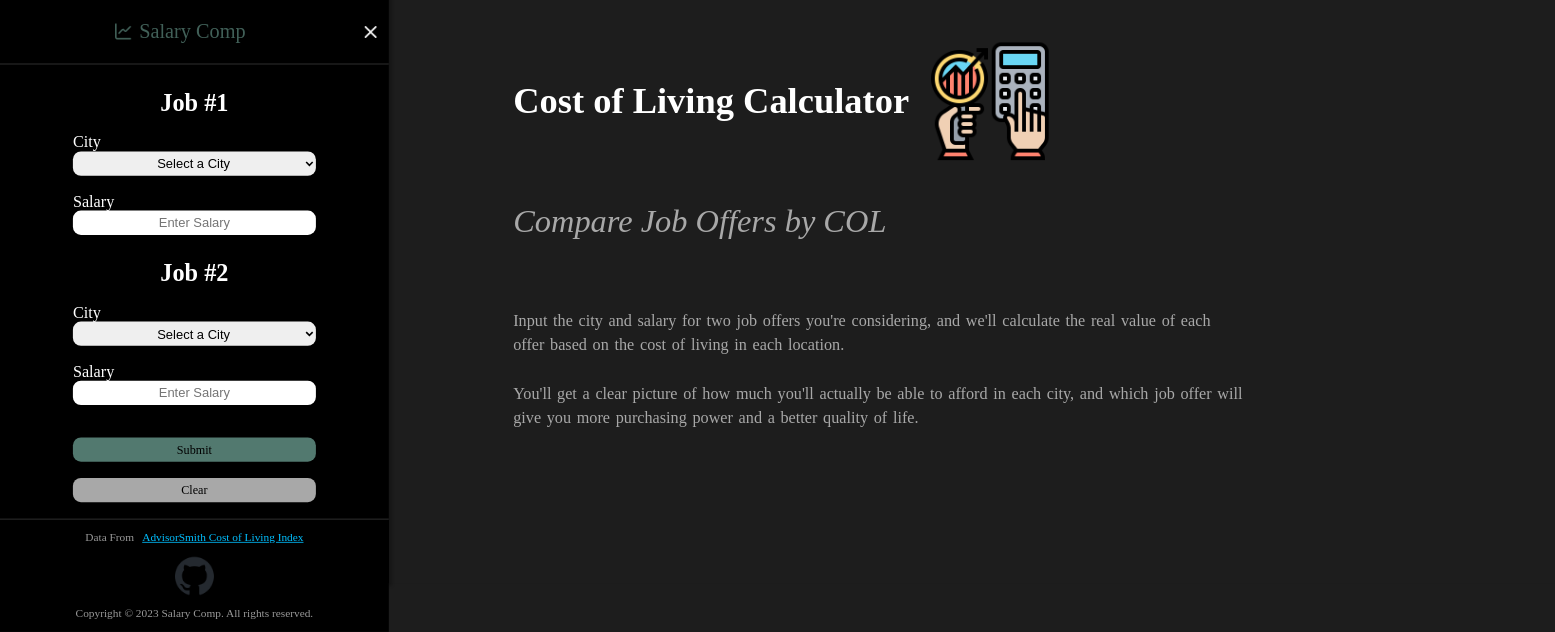
Repository: robbymcd/Salary-Comp
Page: /
These files come from the project's save history. The page is drawn as it stood at one moment and after the next save; the edit follows.
The browser window is 1920 px wide. The pictures show the whole page, at 81% of full size.
Some web fonts or font styles are not loaded; a fallback is used. The project was rebuilt for these pictures with package versions that can differ from the ones it lists, and the page was loaded fresh each time. Also part of the build but not shown: src/Main.css, src/Main.js.

Above is the page before, as saved 2023-06-16 17:54:26.

### public/index.html
<!DOCTYPE html>
<html lang="en">
  <head>
    <meta charset="utf-8" />
    <link rel="icon" href="%PUBLIC_URL%/favicon.ico" />
    <meta name="viewport" content="width=device-width, initial-scale=1" />
    <meta name="theme-color" content="#000000" />
    <meta
      name="description"
      content="Compare Job Offers by COL"
    />
    <link rel="apple-touch-icon" href="%PUBLIC_URL%/favicon.ico" />
    <!--
      manifest.json provides metadata used when your web app is installed on a
      user's mobile device or desktop. See https://developers.google.com/web/fundamentals/web-app-manifest/
    -->
    <link rel="manifest" href="%PUBLIC_URL%/manifest.json" />
    <!--
      Notice the use of %PUBLIC_URL% in the tags above.
      It will be replaced with the URL of the `public` folder during the build.
      Only files inside the `public` folder can be referenced from the HTML.

      Unlike "/favicon.ico" or "favicon.ico", "%PUBLIC_URL%/favicon.ico" will
      work correctly both with client-side routing and a non-root public URL.
      Learn how to configure a non-root public URL by running `npm run build`.
    -->
    <title>Salary Comp</title>
  </head>
  <body>
    <noscript>You need to enable JavaScript to run this app.</noscript>
    <div id="root"></div>
    <!--
      This HTML file is a template.
      If you open it directly in the browser, you will see an empty page.

      You can add webfonts, meta tags, or analytics to this file.
      The build step will place the bundled scripts into the <body> tag.

      To begin the development, run `npm start` or `yarn start`.
      To create a production bundle, use `npm run build` or `yarn build`.
    -->
  </body>
</html>

### src/index.css
body {
  margin: 0;
  font-family: -apple-system, BlinkMacSystemFont, 'Segoe UI', 'Roboto', 'Oxygen',
    'Ubuntu', 'Cantarell', 'Fira Sans', 'Droid Sans', 'Helvetica Neue',
    sans-serif;
  -webkit-font-smoothing: antialiased;
  -moz-osx-font-smoothing: grayscale;
  height: 100%;
  width: 100%;
}

html {
  height: 100%;
  width: 100%;
  background-color: #1D1D1D;
}

code {
  font-family: source-code-pro, Menlo, Monaco, Consolas, 'Courier New',
    monospace;
}

### src/App.js
import React, { useState } from 'react';
import './App.css';
import Sidebar from './Sidebar.js';
import Content from './Content.js';

function App() {
  const [isSubmitted, setIsSubmitted] = useState(false);
  const [cityCOL1, setCityCOL1] = useState('');
  const [cityCOL2, setCityCOL2] = useState('');
  const [cityName1, setCityName1] = useState('');
  const [cityName2, setCityName2] = useState('');
  const [salary1, setSalary1] = useState('');
  const [salary2, setSalary2] = useState('');

  const handleFormSubmit = (formData) => {
    setIsSubmitted(true);
    setCityCOL1(formData.cityCOL1);
    setCityCOL2(formData.cityCOL2);
    setCityName1(formData.cityName1);
    setCityName2(formData.cityName2);
    setSalary1(formData.salary1);
    setSalary2(formData.salary2);
  };

  return (
    <div className="main">
        <Sidebar onFormSubmit={handleFormSubmit}/>
        <Content isSubmitted={isSubmitted} cityCOL1={cityCOL1} cityCOL2={cityCOL2} cityName1={cityName1} cityName2={cityName2} salary1={salary1} salary2={salary2} />
    </div>
  );
}

export default App;

### src/App.css
.main {
    display: flex;
    flex-direction: row;
    height: 200%;
    width: 100%;
    background-color: #1D1D1D;
}

@media screen and (max-width: 700px) {
    .main {
        flex-direction: column;
    }
}

### src/Content.js
import React from 'react';
import './Content.css';
import Instruction from './Instruction.js';
import Main from './Main.js';

export default function Content({ isSubmitted ,cityCOL1 ,cityCOL2, cityName1, cityName2 , salary1, salary2 }) {

    return (
        <div className='Content-container'>
            {isSubmitted ? <Main cityCOL1={cityCOL1} cityCOL2={cityCOL2} cityName1={cityName1} cityName2={cityName2} salary1={salary1} salary2={salary2}/> : <Instruction />}
        </div>
    );
}

### src/Sidebar.css
@import url('https://fonts.googleapis.com/css?family=Roboto-Mono');
@import url('https://fonts.googleapis.com/css?family=Mukta-Vaani');
.sidebar {
    display: flex;
    height: 100vh;
    width: fit-content;
}

.closed-sidebar {
    display: flex;
    height: 100vh;
    width: fit-content;
    margin-right: 22vw;
}

.plusIcon {
    height: 30px;
    width: 30px;
    margin-left: 20px;
    align-self: center;
    cursor: pointer;
}

.plusIcon:hover {
    opacity: 0.5;
}

.error {
    display: flex;
    font-size: 15px;
    margin-bottom: -15px;
    color: #BA1F33;
}

.button-container {
    display: flex;
    flex-direction: column;
    gap: 10px;
    margin-top: 20px;
}

.submit-container {
    display: flex;
}

.submit {
    height: 30px;
    width: clamp(100px, 20vw, 300px);
    border-radius: 10px;
    border: none;
    outline: none;
    cursor: pointer;
    background-color: #52796F;
    font-family: Mukta Vaani;
    font-size: 15px;
    color: #000;
    box-shadow: 0px 4px 4px rgba(0, 0, 0, 0.25);
}

.submit:hover {
    opacity: 0.8;
}

.clear-container {
    display: flex;
}

.clear {
    height: 30px;
    width: clamp(100px, 20vw, 300px);
    border-radius: 10px;
    border: none;
    outline: none;
    cursor: pointer;
    background-color: #a8a8a8;
    font-family: Mukta Vaani;
    font-size: 15px;
    color: #000;
    box-shadow: 0px 4px 4px rgba(0, 0, 0, 0.25);
}

.clear:hover {
    opacity: 0.8;
}

@media screen and (min-width: 1650px) {
    .button-container {
        gap: 20px;
    }
}

### src/OpenSidebar.css
@import url('https://fonts.googleapis.com/css?family=Roboto-Mono');
@import url('https://fonts.googleapis.com/css?family=Mukta-Vaani');

.open-sidebar {
    display: flex;
    flex-direction: column;
    height: 100vh;
    width: 25vw;
    background-color: #000;
    box-shadow: 0px 0px 4px 4px rgba(0, 0, 0, 0.25);
    margin-right: 8vw;
    transition: transform 0.3s ease-in-out;
}

.sidebar-header {
    display: flex;
    width: 25vw;
    border-bottom: 2px solid #1d1d1d;
    justify-content: space-between;
    align-items: center;
}

.sidebar-wrapper {
    display: inline-block;
}

.centering {
    display: flex;
    flex-direction: row;
    width: 100%;
    align-self: center;
    align-items: center;
    justify-content: center;
}

.logo {
    display: flex;
    flex-direction: row;
    width: 100%;
    align-items: center;
    justify-content: center;
    gap: 10px;
    cursor: pointer;
}

.logo:hover {
    opacity: .8;
}

.logo p {
    font-family: Roboto Mono;
    color: #52796F;
    font-size: 25px;
}

.chart {
    height: 20px;
    width: 20px;
}

.city {
    display: flex;
    flex-direction: column;
    font-family: Mukta Vaani;
    font-style: normal;
    font-weight: 300;
    font-size: 20px;
    color: #fff;
}

.salary{
    display: flex;
    flex-direction: column;
    font-family: Mukta Vaani;
    font-style: normal;
    font-weight: 300;
    font-size: 20px;
    color: #fff;
}

.salary label {
    display: flex;
    justify-self: center;
}

.form {
    display: flex;
    flex-direction: column;
    font-family: Mukta Vaani;
    height: 100%;
    align-items: center;
    gap: 20px;
    border-bottom: 2px solid #1d1d1d;
    justify-content: center;
    padding: 20px;
}

.form h1 {
    color: #fff;
    font-family: Roboto Mono;
    font-size: 30px;
    font-weight: 700;
    font-style: normal;
    text-align: center;
    margin-top: 10px;
    margin-bottom: 0px;
}

select {
    cursor: pointer;
}

input {
    text-decoration: none;
    height: 30px;
    width: clamp(100px, 20vw, 300px);
    border-radius: 10px;
    outline: none;
    border: none;
    padding: 0;
    text-align: center;
    font-size: 16px;
    cursor: pointer;
}

.salarycomp {
    height: 80px;
    width: 360px;
}

.x {
    height: 25px;
    width: 25px;
    cursor: pointer;
    margin-right: 10px;
}

.x:hover {
    opacity: 0.5;
    transition: ease-in-out 0.2s;
}

.footer {
    display: flex;
    flex-direction: column;
    align-items: center;
    justify-content: center;
    width: 100%;
    background-color: #000;
}

.footer p {
    color: #fff;
    opacity: .6;
    font-family: 'Mukta Vaani';
    font-style: normal;
    font-weight: 300;
    font-size: 14px;
    text-align: center;
}

.hiw {
    display: flex;
    flex-direction: row;
    align-items: center;
    justify-content: center;
    gap: 10px;
}

.hiw a {
    font-size: 14px;
    font-weight: 300;
    font-family: 'Mukta Vaani';
    color: #00bfff;
}

.hiw a:hover {
    opacity: 0.5;
    transition: ease-in-out 0.2s;
}

.github {
    height: 50px;
    width: 50px;
    cursor: pointer;
}

.github:hover {
    opacity: 0.8;
}

@media screen and (max-width: 1000px) {
    .footer p {
        font-size: 10px;
    }

    .hiw a {
        font-size: 10px;
    }

    .hiw {
        margin-top: 10px;
        margin-bottom: 5px;
        gap: 5px;
    }
}

@media screen and (min-height: 800px) {
    .form h1 {
        margin-top: 0;
        margin-bottom: 20px;
    }

    input {
        margin-bottom: 50px;
    }
}

### src/Select.css
.select-main {
    text-decoration: none;
    height: 30px;
    width: clamp(100px, 20vw, 300px);
    border-radius: 10px;
    outline: none;
    text-align: center;
    font-size: 16px;
}

.select-main select {
    text-align: center;
    text-decoration: none;
    outline: none;
    border: none;
    height: 30px;
    width: clamp(100px, 20vw, 300px);
    border-radius: 10px;
    font-size: 16px;
    padding-left: 10px;
}

### src/Content.css
@import url('https://fonts.googleapis.com/css?family=Kadwa');
@import url('https://fonts.googleapis.com/css?family=Hind-Madurai');

.Content-container {
    display: flex;
    width: 100%;
}

.header {
    display: flex;
    flex-direction: row;
    align-items: center;
    margin-top: 50px;
    gap: 25px;
}

.content h1 {
    font-family: Kadwa;
    font-weight: bold;
    font-size: 45px;
    height: 100%;
    margin: 0;
}

.content h2 {
    font-family: Hind Madurai;
    font-size: 40px;
    color: #a8a8a8;
    margin-top: 50px;
    width: 75%;
    font-weight: 500;
    font-style: italic;
}

.content p {
    display: flex;
    width: 50vw;
    font-family: Hind Madurai;
    font-size: 20px;
    color: #a8a8a8;
    word-spacing: 2px;
    line-height: 1.5;
    margin-top: 50px;
    width: 70%;
}

.content {
    display: flex;
    flex-direction: column;
    color: #fff;
    height: fit-content;
    width: 100%;
    justify-items: center;
}

.calculator {
    display: flex;
    height: 150px;
    width: 150px;
}

### src/Instruction.js
import calculator from './calculator.png';

export default function Instruction() {
    return (
        <div className="content">
            <div className="header">
                <h1>Cost of Living Calculator</h1>
                <img className="calculator" src={calculator} alt='calculator'></img>
            </div>
            <h2>Compare Job Offers by COL</h2>
            <p>Input the city and salary for two job offers you're considering, and we'll calculate the real value of each offer based on the cost of living in each location.<br/><br/>You'll get a clear picture of how much you'll actually be able to afford in each city, and which job offer will give you more purchasing power and a better quality of life.
            </p>
        </div>
    );
}

Loaded but not shown: src/index.js (common file); src/reportWebVitals.js (common file); src/Sidebar.js (399 lines, source omitted)

After the next save:
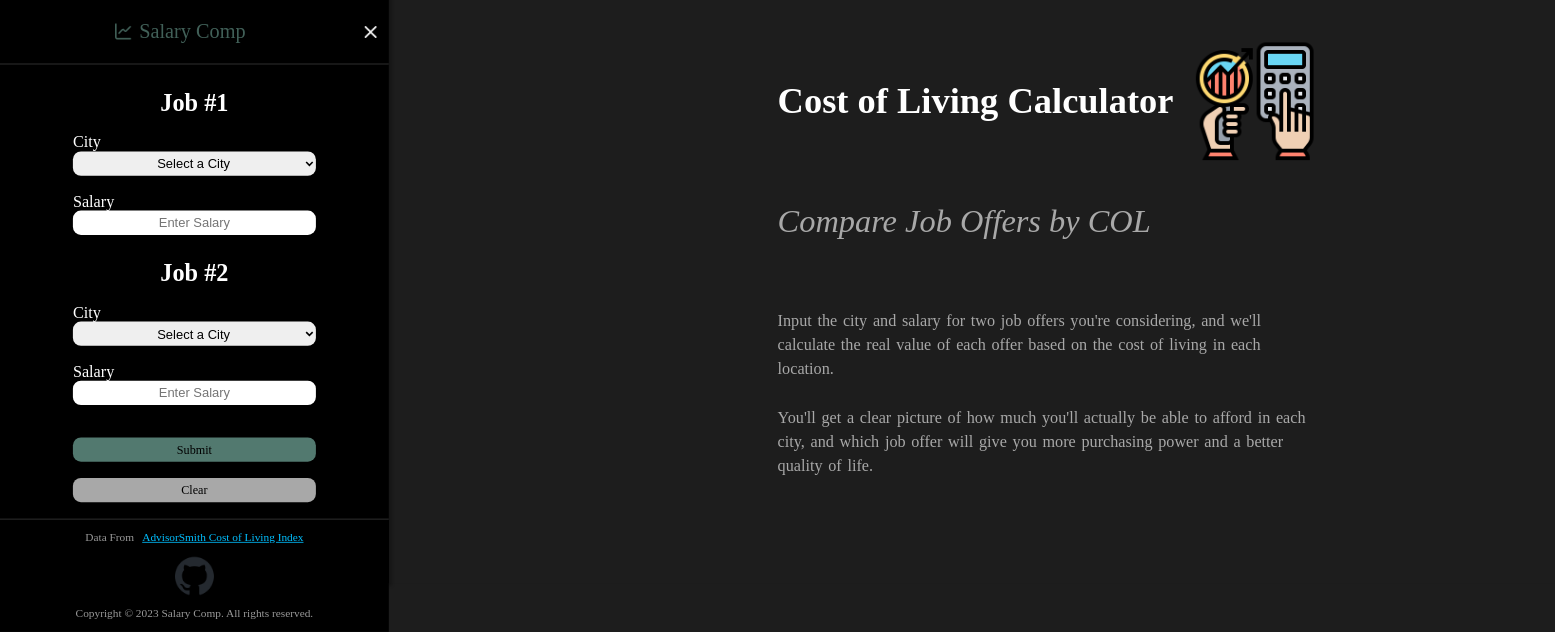
Saved 28 s later.
--- a/src/Sidebar.css
+++ b/src/Sidebar.css
@@ -87,4 +87,8 @@
     .button-container {
         gap: 20px;
     }
+
+    .sidebar {
+        width: 100%;
+    }
 }
